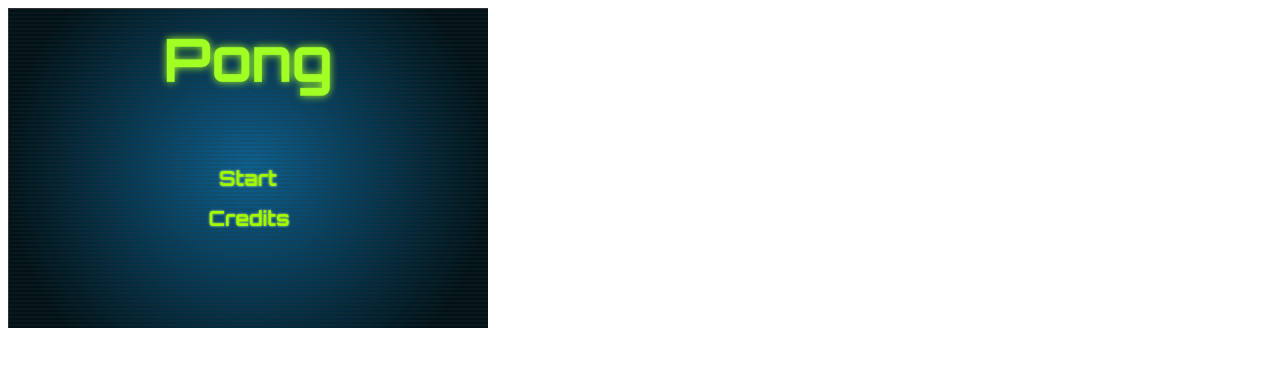
Repository: nourHellani/PongGame
Page: index.html
These files come from the project's save history. The page is drawn as it stood at one moment and after the next save; the edit follows.
The browser window is 1280 px wide. The pictures show the whole page.

Above is the page before, as saved 2023-01-31 12:28:14.

### index.html
<!DOCTYPE html>
<html>
	<head>
		<title>Pong Game</title>

		<style>/* Removes Mobile Highlight */ *{-webkit-tap-highlight-color: rgba(0, 0, 0, 0);}</style>

		<!-- javascript libraries
		TweenJs for handling screen transitions and the game loop
		SoundIJS for the sound effects -->

		<script src="easel.js"></script>
		<script src="Tween.js"></script>
		<script src="sound.js"></script>
		<script src="Main.js"></script>
		<script src="https://code.jquery.com/jquery-3.5.1.min.js"></script>
	</head>
	<body onload="Main();">
		<canvas id="Pong" width="480" height="320"></canvas>
	</body>
</html>

### sound.js
/**
* EaselJS
* Visit http://easeljs.com/ for documentation, updates and examples.
*
* Copyright (c) 2011 Grant Skinner
*
* Permission is hereby granted, free of charge, to any person
* obtaining a copy of this software and associated documentation
* files (the "Software"), to deal in the Software without
* restriction, including without limitation the rights to use,
* copy, modify, merge, publish, distribute, sublicense, and/or sell
* copies of the Software, and to permit persons to whom the
* Software is furnished to do so, subject to the following
* conditions:
*
* The above copyright notice and this permission notice shall be
* included in all copies or substantial portions of the Software.
*
* THE SOFTWARE IS PROVIDED "AS IS", WITHOUT WARRANTY OF ANY KIND,
* EXPRESS OR IMPLIED, INCLUDING BUT NOT LIMITED TO THE WARRANTIES
* OF MERCHANTABILITY, FITNESS FOR A PARTICULAR PURPOSE AND
* NONINFRINGEMENT. IN NO EVENT SHALL THE AUTHORS OR COPYRIGHT
* HOLDERS BE LIABLE FOR ANY CLAIM, DAMAGES OR OTHER LIABILITY,
* WHETHER IN AN ACTION OF CONTRACT, TORT OR OTHERWISE, ARISING
* FROM, OUT OF OR IN CONNECTION WITH THE SOFTWARE OR THE USE OR
* OTHER DEALINGS IN THE SOFTWARE.
**/
(function(m){function a(){throw"SoundJS cannot be instantiated";}function n(a,d){this.instances=[];this.name=a;this.src=d;this.loaded=this.canPlay=false;this.length=0}a.AUDIO_TIMEOUT=8E3;a.INTERRUPT_ANY=1;a.INTERRUPT_EARLY=2;a.INTERRUPT_LATE=3;a.INTERRUPT_NONE=4;a.onProgress=null;a.onSoundTimeout=null;a.onSoundLoadError=null;a.onSoundLoadComplete=null;a.onLoadQueueComplete=null;a.onSoundComplete=null;a.soundHash=[];a.loadQueue=[];a.itemsToLoad=0;a.instanceCount=0;a.INST_MAX=35;a.FT=0.0010;a.AUDIO_ERROR=
"error";a.AUDIO_PROGRESS="progress";a.AUDIO_COMPLETE="canplaythrough";a.AUDIO_ENDED="ended";a.AUDIO_STALLED="stalled";a._master=1;a._currentLoad=0;a.add=function(b,d,c){a.loadQueue.push({name:b,src:d,instances:c});a.loadQueue.length==1?(a.itemsToLoad=1,a.loadNext()):a.itemsToLoad++};a.addBatch=function(b){for(var d=b.length;b.length;)a.loadQueue.push(b.shift());a.loadQueue.length==d?(a.loadNext(),a.itemsToLoad=d):a.itemsToLoad++};a.play=function(b,d,c,e,f){if(b==null||a.soundHash[b]==null||a.soundHash[b].length==
0||d!=a.INTERRUPT_ANY&&d!=a.INTERRUPT_EARLY&&d!=a.INTERRUPT_LATE&&d!=a.INTERRUPT_NONE&&d!=null)return NaN;if(d==null)d=a.INTERRUPT_NONE;e==null&&(e=false);f||(f=0);c==null||c>1?c=1:c<0&&(c=0);if(f>0)setTimeout(function(){a.beginPlaying(b,d,c,e)},f);else return a.beginPlaying(b,d,c,e);return-1};a.getMasterVolume=function(){return a._master};a.setMasterVolume=function(b){if(Number(b)!=null){b<0?b=0:b>1&&(b=1);var d,c,e;d=a._master;a._master=b;if(a._master!=d)for(e in a.soundHash){c=a.soundHash[e];d=
c.length;for(b=0;b<d;b++)c[b].volume=c[b].storedVolume*a._master}}};a.remove=function(b,d){var c,e,f;if(b==null)for(c in a.soundHash){f=a.soundHash[c];e=f.length;do a.stop(c,e-1),f[e-1].currentSrc="",document.body.removeChild(f[e-1]),f.pop(),e=f.length,a.instanceCount--;while(e)}else{f=a.soundHash[b];if(f==null)return false;e=f.length;if(d==null){do a.stop(b,e-1),f[e-1].currentSrc="",document.body.removeChild(f[e-1]),f.pop(),e=f.length,a.instanceCount--;while(e)}else{if(d<=0||e<=0)return false;e--;
for(c=0;c<=e&&c<d;c++)a.stop(b,e-c),f[e-c].currentSrc="",document.body.removeChild(f[e-c]),f.pop(),a.instanceCount--}}return true};a.setVolume=function(b,d,c){var e,f;if(b==null)return false;b*=a._master;if(d==null)for(f in a.soundHash){e=a.soundHash[f];d=e.length;for(c=0;c<d;c++)e[c].storedVolume=b,e[c].volume=b}else{e=a.soundHash[d];if(e==null)return false;d=e.length;if(c==null)for(c=0;c<d;c++)e[c].storedVolume=b,e[c].volume=b;else{if(d<=c)return false;e[c].storedVolume=b;e[c].volume=b}}return true};
a.getVolume=function(b,d){var c=a.soundHash[b];return c==null||c.length==0?-1:d==null?c[1].storedVolume:c.length<d?-1:c[d].storedVolume};a.setMute=function(b,d,c){var e,f;if(b==null)return false;if(d==null)for(f in a.soundHash){e=a.soundHash[f];d=e.length;for(c=0;c<d;c++)e[c].muted=b}else{e=a.soundHash[d];if(e==null)return false;d=e.length;if(c==null)for(c=0;c<d;c++)e[c].muted=b;else{if(d<=c)return false;e[c].muted=b}}return true};a.pause=function(b,d){var c,e,f,g;if(b==null)for(g in a.soundHash){f=
a.soundHash[g];e=f.length;for(c=0;c<e;c++)f[c].pause()}else{f=a.soundHash[b];if(f==null)return false;e=f.length;if(d==null)for(c=0;c<e;c++)f[c].pause();else{if(e<=d)return false;f[d].pause()}}return true};a.resume=function(b,d){var c,e,f,g;if(b==null)for(g in a.soundHash){e=a.soundHash[g].length;for(c=0;c<e;c++)f=a.soundHash[g][c],(f.loop||f.currentTime!=f.duration&&f.currentTime!=0)&&f.play()}else{if(a.soundHash[b]==null)return false;e=a.soundHash[b].length;if(d==null)for(c=0;c<e;c++)f=a.soundHash[b][c],
(f.loop||f.currentTime!=f.duration&&f.currentTime!=0)&&f.play();else{if(e<=d)return false;f=a.soundHash[b][d];(f.loop||f.currentTime!=f.duration&&f.currentTime!=0)&&f.play()}}return true};a.stop=function(b,d){var c,e,f,g;if(b==null)for(g in a.soundHash){e=a.soundHash[g].length;for(c=0;c<e;c++){f=a.soundHash[g][c];try{f.currentTime=0}catch(h){}f.pause()}}else{if(a.soundHash[b]==null)return false;e=a.soundHash[b].length;if(d==null)for(c=0;c<e;c++)f=a.soundHash[b][c],f.currentTime=0,f.pause();else{if(e<=
d)return false;f=a.soundHash[b][d];f.currentTime=0;f.pause()}}return true};a.isLoaded=function(b){var d=true,c;if(b==null)for(c in a.soundHash){if(d=d&&a.soundHash[c]&&a.soundHash[c][0]&&a.soundHash[c][0].loaded,!d)break}else return a.soundHash[b]&&a.soundHash[b][0]&&a.soundHash[b][0].loaded;return d};a.getNumInstances=function(b){return b==null?instanceCount:a.soundHash[b]?a.soundHash[b].length:-1};a.getMaxInstances=function(){return a.INST_MAX};a.getCurrentLoadProgress=function(){return(a.itemsToLoad-
a.loadQueue.length-(1-a._currentLoad))/a.itemsToLoad};a.getInstance=function(b,d){return b==null||d<0||!a.soundHash[b]||!a.soundHash[b][d]?null:a.soundHash[b][d]};a.beginPlaying=function(b,d,c,e){var f,g,h,i=false,j=a.soundHash[b];if(!j[0].loaded)throw Error("Audio is not loaded. The source(s) are either not found, or the correct audio formats are not provided.");for(var k=j.length,b=0;b<k;b++){h=j[b];g==null&&d!=a.INTERRUPT_ANY&&d!=a.INTERRUPT_NONE&&(g=h,f=b);if(h.currentTime>=h.duration-a.FT&&!h.loop||
h.currentTime==0&&h.paused)i=true,k=b;else if(d==a.INTERRUPT_EARLY&&h.currentTime<g.currentTime||d==a.INTERRUPT_LATE&&h.currentTime>g.currentTime)i=true;i&&(g=h,f=b)}d==a.INTERRUPT_ANY&&!g&&(g=j[0],f=0);return g?(g.loop=e,g.storedVolume=c,g.volume=c*a._master,g.currentTime=0,g.paused&&g.play(),f):-1};a.loadNext=function(){if(a.loadQueue.length<=0){if(a.onLoadQueueComplete)a.onLoadQueueComplete()}else{var b=a.loadQueue.shift(),d=b.instances||1,c=b.name,b=b.src,e=a.soundHash[c];if(e==null)e=a.soundHash[c]=
[];else if(e.length)b=e[0].src;for(var f=e=e.length,d=e+d;f<d;f++){var g=document.createElement("audio");if(f==e)g.timeoutId=setTimeout(function(){a.handleAudioTimeout(g)},a.AUDIO_TIMEOUT),g.addEventListener(a.AUDIO_COMPLETE,a.handleAudioComplete,false),g.addEventListener(a.AUDIO_PROGRESS,a.handleProgress,false),g.addEventListener(a.AUDIO_STALLED,a.handleAudioStall,false),g.addEventListener(a.AUDIO_ERROR,a.handleAudioError,false),g.loaded=false;g.addEventListener(a.AUDIO_ENDED,a.handleEnded,false);
g.setAttribute("id",c+"_"+f);g.setAttribute("preload","auto");var h;if(b instanceof Array)for(var i=0,j=b.length;i<j;i++){var k=g.appendChild(document.createElement("source"));h=a.getType(b[i]);k.setAttribute("type",h);k.setAttribute("src",b[i])}else h=a.getType(b),g.setAttribute("type",h),g.setAttribute("src",b);g.load();document.body.appendChild(g);a.soundHash[c].push(g);a.instanceCount++}}};a.getType=function(a){switch(a.slice(a.lastIndexOf(".")+1)){case "mp3":return"audio/mpeg";case "ogg":return"audio/ogg";
case "wav":return"audio/wav";default:throw"'"+a+"' is not a recognized audio file";}};a.handleEnded=function(){if(a.onSoundEnded){var b=this.id.split("_");a.onSoundEnded(this,b[0],b[1])}};a.handleAudioTimeout=function(b){if(a.onSoundTimeout){var d=b.id.split("_");a.onSoundTimeout(b,d[0],d[1])}a.loadNext()};a.handleProgress=function(){try{this.buffered.end()}catch(b){return}a._currentLoad=this.buffered.end()/this.duration;if(a.onProgress)a.onProgress(a.getCurrentLoadProgress())};a.handleAudioError=
function(){clearTimeout(this.timeoutId);if(a.onSoundLoadError){var b=this.id.split("_");a.onSoundLoadError(this,b[0],b[1])}a.loadNext()};a.handleAudioComplete=function(){var b=this.id.split("_");this.removeEventListener(a.AUDIO_COMPLETE,a.handleAudioComplete,false);clearTimeout(this.timeoutId);this.loaded=true;if(a.onSoundLoadComplete)a.onSoundLoadComplete(this,b[0],b[1]);a.loadNext()};a.handleAudioStall=function(a){setTimeout(function(){testAudioStall(a)},0)};a.testAudioStall=function(){var b=this.id.split("_");
if(!a.soundHash[b[0]][b[1]].loaded){if(a.onStall)a.onStall(this,b[0],b[1]);a.loadNext()}};m.SoundJS=a;var l=n.prototype;l.add=function(a){this.instances.push(a);this.length=this.instances.length;this.instances.length==1&&a.addEventListener("canplaythrough",function(){a.canplaythrough()})};l.remove=function(a){this.instances.splice(a,1);this.length=this.instances.length};l.canplaythrough=function(){this.loaded=true};m.SoundJSElement=n})(window);

### Main.js
let counter = 0;
let timeout;
let timer_on = 0;

/* Define Canvas */

var canvas;
var stage;

// Graphics
//[This variable stores the title background image]

var bgImg = new Image();
var bg;

//[Title View]
//These variables store its components.

var mainImg = new Image();
var main;
var startBImg = new Image();
var startB;
var creditsBImg = new Image();
var creditsB;

//[Title View Group]

var TitleView = new Container();

//[Credits]
//This view will show the credits, year and copyright of the game, these variables will be used to store it.

var creditsViewImg = new Image();
var credits;

//[Game View]
//The next variables store the individual graphics that appear in the Game View:

var playerImg = new Image();
var player;
var ballImg = new Image();
var ball;
var cpuImg = new Image();
var cpu;
var winImg = new Image();
var win;
var loseImg = new Image();
var lose;
var timeupImg = new Image();
var timeup;

//[Score]
//The score values will be handled by the next variables:

var playerScore;
var cpuScore;
var timer;
var time;

// Variables
var xSpeed = 5; //Horizontal speed of the ball
var ySpeed = 5; //Vertical speed of the ball
var gfxLoaded = 0; //used as a preloader, counts the already loaded items
var tkr = new Object(); //used as an event listener to the Ticker

// Main Function

function Main() {
  /* Link Canvas */

  canvas = document.getElementById("Pong");
  stage = new Stage(canvas);

  stage.mouseEventsEnabled = true;


  /* Sound */

  SoundJS.addBatch([
    { name: "hit", src: "assets/mp3/hit.mp3", instances: 1 }, // played when the ball hits a paddle
    { name: "playerScore", src: "assets/mp3/playerScore.mp3", instances: 1 }, //played when they player scores
    { name: "enemyScore", src: "assets/mp3/enemyScore.mp3", instances: 1 }, //played when the enemy scores
    { name: "wall", src: "assets/mp3/wall.mp3", instances: 1 }, //played when the ball hits the top or bottom boundary
  ]);

  /* Load GFX */

  bgImg.src = "assets/png/bg.png";
  bgImg.name = "bg";
  bgImg.onload = loadGfx;

  mainImg.src = "assets/png/main.png";
  mainImg.name = "main";
  mainImg.onload = loadGfx;

  startBImg.src = "assets/png/startB.png";
  startBImg.name = "startB";
  startBImg.onload = loadGfx;

  creditsBImg.src = "assets/png/creditsB.png";
  creditsBImg.name = "creditsB";
  creditsBImg.onload = loadGfx;

  creditsViewImg.src = "assets/png/credits.png";
  creditsViewImg.name = "credits";
  creditsViewImg.onload = loadGfx;

  playerImg.src = "assets/png/paddle.png";
  playerImg.name = "player";
  playerImg.onload = loadGfx;

  ballImg.src = "assets/png/ball.png";
  ballImg.name = "ball";
  ballImg.onload = loadGfx;

  cpuImg.src = "assets/png/paddle.png";
  cpuImg.name = "cpu";
  cpuImg.onload = loadGfx;

  winImg.src = "assets/png/win.png";
  winImg.name = "win";
  winImg.onload = loadGfx;

  loseImg.src = "assets/png/lose.png";
  loseImg.name = "lose";
  loseImg.onload = loadGfx;

  timeupImg.src = 'assets/png/timesUp.png';
	timeupImg.name = 'timeup';
	timeupImg.onload = loadGfx;

  /* Ticker */

  Ticker.setFPS(30);
  Ticker.addListener(stage);
}

//Every time a graphic is loaded this function will run.
//It will assign each image to a bitmap object and check
// thatall the elements are loaded before proceeding
function loadGfx(e) {
  if ((e.target.name = "bg")) {
    bg = new Bitmap(bgImg);
  }
  if ((e.target.name = "main")) {
    main = new Bitmap(mainImg);
  }
  if ((e.target.name = "startB")) {
    startB = new Bitmap(startBImg);
  }
  if ((e.target.name = "creditsB")) {
    creditsB = new Bitmap(creditsBImg);
  }
  if ((e.target.name = "credits")) {
    credits = new Bitmap(creditsViewImg);
  }
  if ((e.target.name = "player")) {
    player = new Bitmap(playerImg);
  }
  if ((e.target.name = "ball")) {
    ball = new Bitmap(ballImg);
  }
  if ((e.target.name = "cpu")) {
    cpu = new Bitmap(cpuImg);
  }
  if ((e.target.name = "win")) {
    win = new Bitmap(winImg);
  }
  if ((e.target.name = "lose")) {
    lose = new Bitmap(loseImg);
  }
  if((e.target.name = 'timeup')){
    timeup = new Bitmap(timeupImg);
  }

  gfxLoaded++;

  if (gfxLoaded == 11) {
    addTitleView();
  }
}

// Add Title View Function
//When all the graphics are loaded the Title View is added to the stage by the following function:

function addTitleView() {
  startB.x = 240 - 31.5;
  startB.y = 160;
  startB.name = "startB";

  creditsB.x = 241 - 42;
  creditsB.y = 200;

  TitleView.addChild(main, startB, creditsB);
  stage.addChild(bg, TitleView);
  stage.update();

  // Button Listeners

  startB.onPress = tweenTitleView;
  creditsB.onPress = showCredits;
}

//The Credits screen is shown when the user clicks the credits button;
// a mouse listener is added to the full image to remove it.
function showCredits() {
  // Show Credits

  credits.x = 480;

  stage.addChild(credits);
  stage.update();
  Tween.get(credits).to({ x: 0 }, 300);
  credits.onPress = hideCredits;
}

// Hide Credits

function hideCredits(e) {
  Tween.get(credits).to({ x: 480 }, 300).call(rmvCredits);
}

// Remove Credits

function rmvCredits() {
  stage.removeChild(credits);
}

// Tween Title View

function tweenTitleView() {
  // Start Game

  Tween.get(TitleView).to({ y: -320 }, 300).call(addGameView);
}

// Add Game View

function addGameView() {
  // Destroy Menu & Credits screen

  stage.removeChild(TitleView);
  TitleView = null;
  credits = null;

  // Add Game View

  player.x = 2;
  player.y = 160 - 37.5;
  cpu.x = 480 - 25;
  cpu.y = 160 - 37.5;
  ball.x = 240 - 15;
  ball.y = 160 - 15;

  // Score

  playerScore = new Text("0", "bold 20px Arial", "#A3FF24");
  playerScore.maxWidth = 1000; //fix for Chrome 17
  playerScore.x = 211;
  playerScore.y = 20;

  cpuScore = new Text("0", "bold 20px Arial", "#A3FF24");
  cpuScore.maxWidth = 1000; //fix for Chrome 17
  cpuScore.x = 262;
  cpuScore.y = 20;

  timer = new Text('Timer:', 'bold 20px Arial', '#A3FF24');
	timer.maxWidth = 1000;	//fix for Chrome 17
	timer.x = 50;
	timer.y = 20;

	time = new Text('60', 'bold 20px Arial', '#A3FF24');
	time.maxWidth = 1000;	//fix for Chrome 17
	time.x = 120;
	time.y = 20;

  stage.addChild(playerScore, cpuScore,timer,time, player, cpu, ball);
  stage.update();

  // Start Listener

  bg.onPress = startGame;
}

// Player Movement

function movePaddle(e) {
  // Mouse Movement

  player.y = e.stageY;
}

// Start Game Function

function startGame(e) {
  bg.onPress = null;
  stage.onMouseMove = movePaddle;

  Ticker.addListener(tkr, false);
  tkr.tick = update;
}

/* Reset */

function reset() {
  ball.x = 240 - 15;
  ball.y = 160 - 15;
  player.y = 160 - 37.5;
  cpu.y = 160 - 37.5;

  stage.onMouseMove = null;
  Ticker.removeListener(tkr);
  bg.onPress = startGame;
}

// Update Function

function update() {
  // Ball Movement

  ball.x = ball.x + xSpeed;
  ball.y = ball.y + ySpeed;

  // Cpu Movement

  if (cpu.y < ball.y) {
    cpu.y = cpu.y + 2.5;
  } else if (cpu.y > ball.y) {
    cpu.y = cpu.y - 2.5;
  }

  // Wall Collision

  if (ball.y < 0) {
    ySpeed = -ySpeed;
    SoundJS.play("wall");
  } //Up
  if (ball.y + 30 > 320) {
    ySpeed = -ySpeed;
    SoundJS.play("wall");
  } //down

  if (!timer_on) {
    timer_on = 1;
    timedCount();
  }
  /* CPU Score */

  if (ball.x < 0) {
    xSpeed = -xSpeed;
    cpuScore.text = parseInt(cpuScore.text + 1);
    reset();
    SoundJS.play("enemyScore");
  }

  /* Player Score */

  if (ball.x + 30 > 480) {
    xSpeed = -xSpeed;
    playerScore.text = parseInt(playerScore.text + 1);
    reset();
    SoundJS.play("playerScore");
  }

  /* Cpu collision */

  if (
    ball.x + 30 > cpu.x &&
    ball.x + 30 < cpu.x + 22 &&
    ball.y >= cpu.y &&
    ball.y < cpu.y + 75
  ) {
    xSpeed *= -1;
    SoundJS.play("hit");
  }

  /* Player collision */

  if (
    ball.x <= player.x + 22 &&
    ball.x > player.x &&
    ball.y >= player.y &&
    ball.y < player.y + 75
  ) {
    xSpeed *= -1;
    SoundJS.play("hit");
  }

  /* Stop Paddle from going out of canvas */

  if (player.y >= 249) {
    player.y = 249;
  }

  /* Check for Win */

  if (playerScore.text == "1") {
    alert("win");
    clearTimeout(timeout);
    parseInt(time.text)=60; 		//to avoid loop of timeout

    reset();
    timer_on = 0;
  }

  /* Check for Game Over */

  if (cpuScore.text == "1") {
    alert("lose");
    clearTimeout(timeout);
    parseInt(time.text)=60; 		//to avoid loop of timeout

    reset();
    timer_on = 0;
  }

  // if(!timer_on && (parseInt(playerScore.text) == "1" || parseInt(cpuScore.text) == "1")){
  //   alert("lose");

  // }
}
function timedCount() {

  if ( parseInt(time.text) > 0  ) {
    time.text = parseInt(time.text - 1);
  }

 else {

 clearTimeout(timeout);
 alert('timeup');

 parseInt(time.text)=60; 		//to avoid loop of timeout

 reset();
 timer_on = 0;


}

 timeout = setTimeout(timedCount, 1000);
}


function alert(e) {
  Ticker.removeListener(tkr);
  stage.onMouseMove = null;
  bg.onPress = null;

  if (e == "win") {
    win.x = 140;
    win.y = -90;

    stage.addChild(win);
    Tween.get(win).to({ y: 115 }, 300);
  }
  else if(e == 'timeup')
	{
		timeup.x = 140;
		timeup.y = -90;

		stage.addChild(timeup);
		Tween.get(timeup).to({y: 115}, 300);


	}
  else if(e == 'lose')
  {
    lose.x = 140;
    lose.y = -90;

    stage.addChild(lose);
    Tween.get(lose).to({ y: 115 }, 300);
  }
}

Loaded but not shown: easel.js (library); Tween.js (420 lines, source omitted)

After the next save:
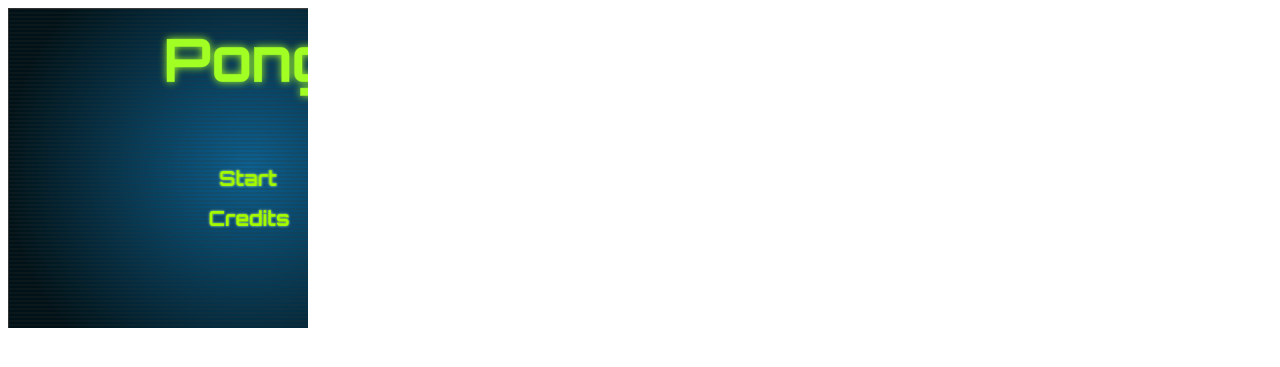
Saved 34 min 11 s later.
--- a/index.html
+++ b/index.html
@@ -16,6 +16,6 @@
 		<script src="https://code.jquery.com/jquery-3.5.1.min.js"></script>
 	</head>
 	<body onload="Main();">
-		<canvas id="Pong" width="480" height="320"></canvas>
+		<canvas id="Pong" displaywidth="480" height="320"></canvas>
 	</body>
 </html>

After the save that followed:
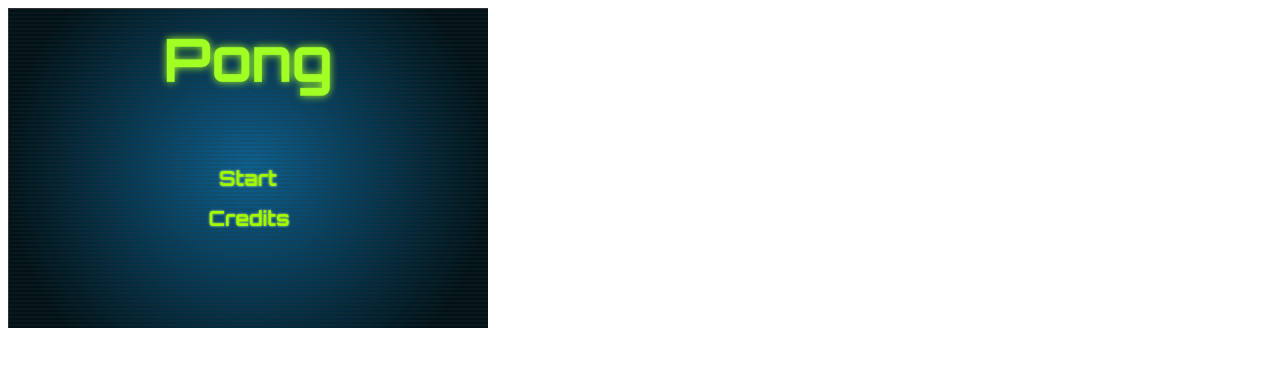
Saved 6 s later.
--- a/index.html
+++ b/index.html
@@ -16,6 +16,6 @@
 		<script src="https://code.jquery.com/jquery-3.5.1.min.js"></script>
 	</head>
 	<body onload="Main();">
-		<canvas id="Pong" displaywidth="480" height="320"></canvas>
+		<canvas id="Pong" display:block width="480" height="320"></canvas>
 	</body>
 </html>
